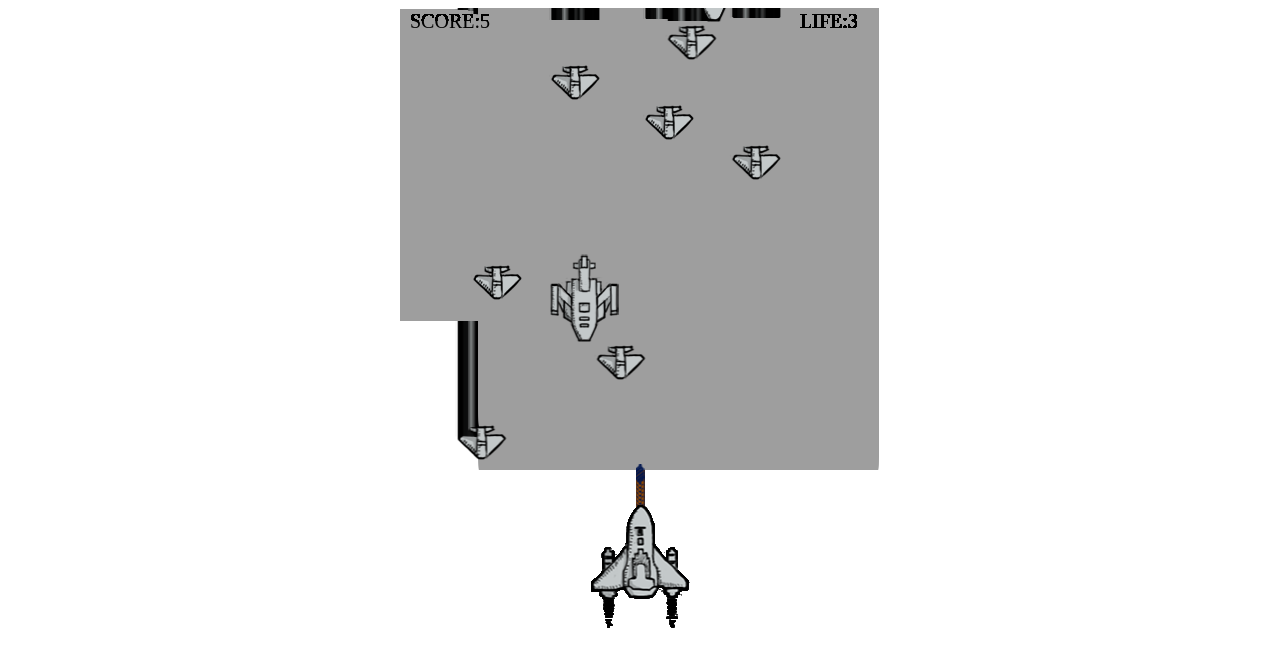
Repository: weishuaikun/Study4JS
Page: tedu/24/index.html
An editor plug-in stored every save of this project. The page is shown before and after the next save, followed by the edit.
The browser window is 1280 px wide. The pictures show the whole page.

Above is the page before, as saved 2017-03-11 07:46:31.

After the next save:
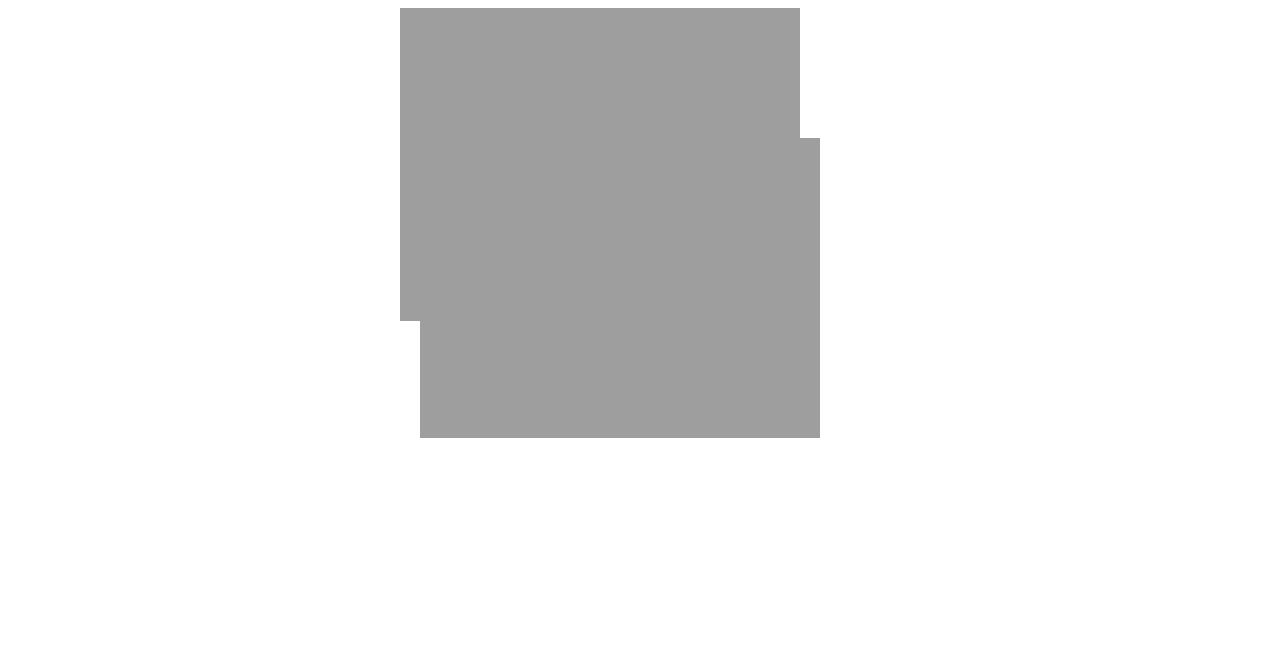
Saved 10 min 50 s later.
--- a/tedu/24/index.html
+++ b/tedu/24/index.html
@@ -103,12 +103,21 @@
 			var state = START;
 
 			setInterval(function() {
-				componentEnter();
-				hero.shoot();
-				checkHit();
-				componentStep();
-				paintComponent(ctx);
-				deleteComponent();
+				// componentEnter();
+				// hero.shoot();
+				// checkHit();
+				// componentStep();
+				// paintComponent(ctx);
+				// deleteComponent();
+				switch(state){
+					case START:
+						sky.paint(ctx);
+						sky.step();
+						var x = 20;
+						var y = 130;
+						ctx.drawImage(copyright,x,y);
+						break;
+				}
 			}, 10);
 
 			function isActionTime(lastTime, interval) {
